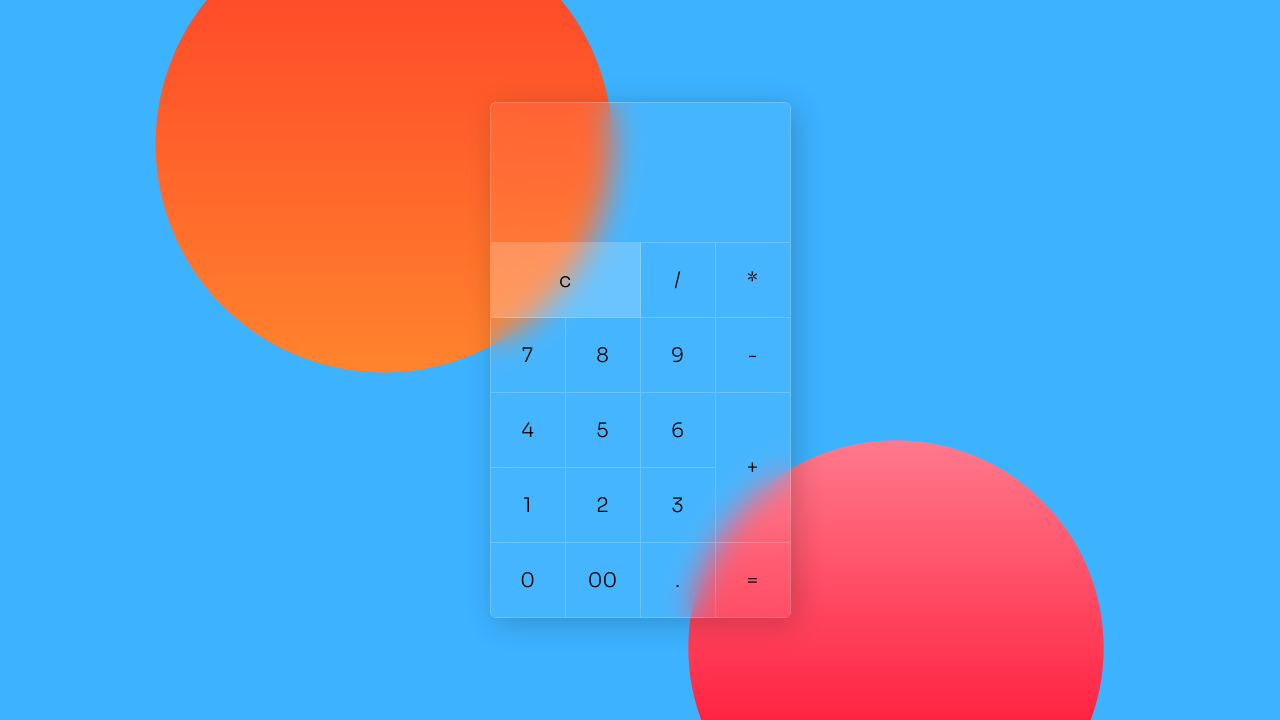
Repository: tharunkumaar404/Glass-Calci
Page: index.html
These files come from the project's save history. The page is drawn as it stood at one moment and after the next save; the edit follows.
The browser window is 1280 px wide. The pictures show the whole page.

Above is the page before, as saved 2021-08-26 15:11:42.

### index.html
<!DOCTYPE html>
<html lang="en">
<head>
    <meta charset="UTF-8">
    <meta http-equiv="X-UA-Compatible" content="IE=edge">
    <meta name="viewport" content="width=device-width, initial-scale=1.0">
    <title>Calculator</title>
    <link rel="stylesheet" href="styles.css">
</head>
<body>
    <div class="container">
        <form class="calculator" name="calc">
            <input type="text" readonly class="value" name="txt"/>
            <span class="num clear" onclick="calc.txt.value = ''">c</span>
            <span class="num" onclick="document.calc.txt.value +='/'">/</span>
            <span class="num" onclick="document.calc.txt.value +='*'">*</span>
            <span class="num" onclick="document.calc.txt.value +='7'">7</span>
            <span class="num" onclick="document.calc.txt.value +='8'">8</span>
            <span class="num" onclick="document.calc.txt.value +='9'">9</span>
            <span class="num" onclick="document.calc.txt.value +='-'">-</span>
            <span class="num" onclick="document.calc.txt.value +='4'">4</span>
            <span class="num " onclick="document.calc.txt.value +='5'">5</span>
            <span class="num" onclick="document.calc.txt.value +='6'">6</span>
            <span class="num plus" onclick="document.calc.txt.value +='+'">+</span>
            <span class="num" onclick="document.calc.txt.value +='1'">1</span>
            <span class="num" onclick="document.calc.txt.value +='2'">2</span>
            <span class="num" onclick="document.calc.txt.value +='3'">3</span>
            <span class="num" onclick="document.calc.txt.value +='0'">0</span>
            <span class="num" onclick="document.calc.txt.value +='00'">00</span>
            <span class="num" onclick="document.calc.txt.value +='.'"">.</span>
            <span class="num equal" onclick="document.calc.txt.value =eval(calc.txt.value)">=</span>
        </form>
    </div>
    <script type="text/javascript" src="vanilla-tilt.js"></script>
    <script type="text/javascript">
    	VanillaTilt.init(document.querySelector(".container"), {
    		max: 15,
    		speed: 400,
            glare: true,
            "max-glare":0.2,
            gyroscope:true,
    	});
    </script>
</body>
</html>

### styles.css
@import url('https://fonts.googleapis.com/css2?family=Sora:wght@300&display=swap');

*{
    margin: 0;
    padding: 0;
    box-sizing: border-box;
    font-family: 'Sora', sans-serif;
}

body{
display:flex;
justify-content: center;
align-items: center;
min-height: 100vh;
background: #3DB2FF;
}

body::before{
    content: '';
    position: absolute;
    top: 0;
    left:0;
    width: 100%;
    height:100%;
    background:linear-gradient(#FF4C29,#FFB830);
    clip-path: circle(22% at 30% 20%);
}
body::after{
    content: '';
    position: absolute;
    top: 0;
    left:0;
    width: 100%;
    height:100%;
    background:linear-gradient(#fff,#FF2442);
    clip-path: circle(20% at 70% 90%);
}

.container{
    position:relative;
    background: rgba(255,255,255,0.05);
    border-radius: 6px;
    overflow: hidden;
    z-index:10;
    backdrop-filter: blur(15px);
    border-top: 1px solid rgba(255,255,255,0.2);
    border-left:1px solid rgba(255,255,255,0.2);
    box-shadow: 5px 5px 30px rgba(0,0,0,0.2);

}

.container .calculator{
    position:relative;
    display:grid;

}

.container .calculator .value{
    grid-column: span 4;
    height: 140px;
    width:300px;
    text-align:right;
    border:none;
    outline:none;
    padding:10px;
    font-size:30px;
    background: transparent;
    color: #000;
    border-bottom: 1px solid rgba(255,255,255,0.2);
    border-right:1px solid rgba(255,255,255,0.2);


}
.container .calculator span {
    display:grid;
    place-items:center;
    height: 75px;
    width:75px;
    color:black;
    cursor:pointer;
    font-weight:400;
    font-size:20px;
    user-select:none;
    border-bottom: 1px solid rgba(255,255,255,0.2);
    border-right:1px solid rgba(255,255,255,0.2);
    transition: 0.5s;


}
.container .calculator span:hover{
    transition: 0s;
    background: rgba(255,255,255,0.2);
}

.container .calculator span:active{
    background: #3DB2FF;
    color: #F7F3E9;
    font-size: 24px;
    font-weight: 500;

}
.container .calculator .clear{
    grid-column: span 2;
    width:150px;
    background: rgba(255,255,255,0.2);
}
.container .calculator .plus{
grid-row: span 2;
height:150px;
}

### vanilla-tilt.js
var VanillaTilt = (function () {
'use strict';

/**
 * Created by Sergiu Șandor (micku7zu) on 1/27/2017.
 * Original idea: https://github.com/gijsroge/tilt.js
 * MIT License.
 * Version 1.7.1
 */

class VanillaTilt {
  constructor(element, settings = {}) {
    if (!(element instanceof Node)) {
      throw ("Can't initialize VanillaTilt because " + element + " is not a Node.");
    }

    this.width = null;
    this.height = null;
    this.clientWidth = null;
    this.clientHeight = null;
    this.left = null;
    this.top = null;

    // for Gyroscope sampling
    this.gammazero = null;
    this.betazero = null;
    this.lastgammazero = null;
    this.lastbetazero = null;

    this.transitionTimeout = null;
    this.updateCall = null;
    this.event = null;

    this.updateBind = this.update.bind(this);
    this.resetBind = this.reset.bind(this);

    this.element = element;
    this.settings = this.extendSettings(settings);

    this.reverse = this.settings.reverse ? -1 : 1;
    this.glare = VanillaTilt.isSettingTrue(this.settings.glare);
    this.glarePrerender = VanillaTilt.isSettingTrue(this.settings["glare-prerender"]);
    this.fullPageListening = VanillaTilt.isSettingTrue(this.settings["full-page-listening"]);
    this.gyroscope = VanillaTilt.isSettingTrue(this.settings.gyroscope);
    this.gyroscopeSamples = this.settings.gyroscopeSamples;

    this.elementListener = this.getElementListener();

    if (this.glare) {
      this.prepareGlare();
    }

    if (this.fullPageListening) {
      this.updateClientSize();
    }

    this.addEventListeners();
    this.updateInitialPosition();
  }

  static isSettingTrue(setting) {
    return setting === "" || setting === true || setting === 1;
  }

  /**
   * Method returns element what will be listen mouse events
   * @return {Node}
   */
  getElementListener() {
    if (this.fullPageListening) {
      return window.document;
    }

    if (typeof this.settings["mouse-event-element"] === "string") {
      const mouseEventElement = document.querySelector(this.settings["mouse-event-element"]);

      if (mouseEventElement) {
        return mouseEventElement;
      }
    }

    if (this.settings["mouse-event-element"] instanceof Node) {
      return this.settings["mouse-event-element"];
    }

    return this.element;
  }

  /**
   * Method set listen methods for this.elementListener
   * @return {Node}
   */
  addEventListeners() {
    this.onMouseEnterBind = this.onMouseEnter.bind(this);
    this.onMouseMoveBind = this.onMouseMove.bind(this);
    this.onMouseLeaveBind = this.onMouseLeave.bind(this);
    this.onWindowResizeBind = this.onWindowResize.bind(this);
    this.onDeviceOrientationBind = this.onDeviceOrientation.bind(this);

    this.elementListener.addEventListener("mouseenter", this.onMouseEnterBind);
    this.elementListener.addEventListener("mouseleave", this.onMouseLeaveBind);
    this.elementListener.addEventListener("mousemove", this.onMouseMoveBind);

    if (this.glare || this.fullPageListening) {
      window.addEventListener("resize", this.onWindowResizeBind);
    }

    if (this.gyroscope) {
      window.addEventListener("deviceorientation", this.onDeviceOrientationBind);
    }
  }

  /**
   * Method remove event listeners from current this.elementListener
   */
  removeEventListeners() {
    this.elementListener.removeEventListener("mouseenter", this.onMouseEnterBind);
    this.elementListener.removeEventListener("mouseleave", this.onMouseLeaveBind);
    this.elementListener.removeEventListener("mousemove", this.onMouseMoveBind);

    if (this.gyroscope) {
      window.removeEventListener("deviceorientation", this.onDeviceOrientationBind);
    }

    if (this.glare || this.fullPageListening) {
      window.removeEventListener("resize", this.onWindowResizeBind);
    }
  }

  destroy() {
    clearTimeout(this.transitionTimeout);
    if (this.updateCall !== null) {
      cancelAnimationFrame(this.updateCall);
    }

    this.reset();

    this.removeEventListeners();
    this.element.vanillaTilt = null;
    delete this.element.vanillaTilt;

    this.element = null;
  }

  onDeviceOrientation(event) {
    if (event.gamma === null || event.beta === null) {
      return;
    }

    this.updateElementPosition();

    if (this.gyroscopeSamples > 0) {
      this.lastgammazero = this.gammazero;
      this.lastbetazero = this.betazero;

      if (this.gammazero === null) {
        this.gammazero = event.gamma;
        this.betazero = event.beta;
      } else {
        this.gammazero = (event.gamma + this.lastgammazero) / 2;
        this.betazero = (event.beta + this.lastbetazero) / 2;
      }

      this.gyroscopeSamples -= 1;
    }

    const totalAngleX = this.settings.gyroscopeMaxAngleX - this.settings.gyroscopeMinAngleX;
    const totalAngleY = this.settings.gyroscopeMaxAngleY - this.settings.gyroscopeMinAngleY;

    const degreesPerPixelX = totalAngleX / this.width;
    const degreesPerPixelY = totalAngleY / this.height;

    const angleX = event.gamma - (this.settings.gyroscopeMinAngleX + this.gammazero);
    const angleY = event.beta - (this.settings.gyroscopeMinAngleY + this.betazero);

    const posX = angleX / degreesPerPixelX;
    const posY = angleY / degreesPerPixelY;

    if (this.updateCall !== null) {
      cancelAnimationFrame(this.updateCall);
    }

    this.event = {
      clientX: posX + this.left,
      clientY: posY + this.top,
    };

    this.updateCall = requestAnimationFrame(this.updateBind);
  }

  onMouseEnter() {
    this.updateElementPosition();
    this.element.style.willChange = "transform";
    this.setTransition();
  }

  onMouseMove(event) {
    if (this.updateCall !== null) {
      cancelAnimationFrame(this.updateCall);
    }

    this.event = event;
    this.updateCall = requestAnimationFrame(this.updateBind);
  }

  onMouseLeave() {
    this.setTransition();

    if (this.settings.reset) {
      requestAnimationFrame(this.resetBind);
    }
  }

  reset() {
    this.event = {
      clientX: this.left + this.width / 2,
      clientY: this.top + this.height / 2
    };

    if (this.element && this.element.style) {
      this.element.style.transform = `perspective(${this.settings.perspective}px) ` +
        `rotateX(0deg) ` +
        `rotateY(0deg) ` +
        `scale3d(1, 1, 1)`;
    }

    this.resetGlare();
  }

  resetGlare() {
    if (this.glare) {
      this.glareElement.style.transform = "rotate(180deg) translate(-50%, -50%)";
      this.glareElement.style.opacity = "0";
    }
  }

  updateInitialPosition() {
    if (this.settings.startX === 0 && this.settings.startY === 0) {
      return;
    }

    this.onMouseEnter();

    if (this.fullPageListening) {
      this.event = {
        clientX: (this.settings.startX + this.settings.max) / (2 * this.settings.max) * this.clientWidth,
        clientY: (this.settings.startY + this.settings.max) / (2 * this.settings.max) * this.clientHeight
      };
    } else {
      this.event = {
        clientX: this.left + ((this.settings.startX + this.settings.max) / (2 * this.settings.max) * this.width),
        clientY: this.top + ((this.settings.startY + this.settings.max) / (2 * this.settings.max) * this.height)
      };
    }


    let backupScale = this.settings.scale;
    this.settings.scale = 1;
    this.update();
    this.settings.scale = backupScale;
    this.resetGlare();
  }

  getValues() {
    let x, y;

    if (this.fullPageListening) {
      x = this.event.clientX / this.clientWidth;
      y = this.event.clientY / this.clientHeight;
    } else {
      x = (this.event.clientX - this.left) / this.width;
      y = (this.event.clientY - this.top) / this.height;
    }

    x = Math.min(Math.max(x, 0), 1);
    y = Math.min(Math.max(y, 0), 1);

    let tiltX = (this.reverse * (this.settings.max - x * this.settings.max * 2)).toFixed(2);
    let tiltY = (this.reverse * (y * this.settings.max * 2 - this.settings.max)).toFixed(2);
    let angle = Math.atan2(this.event.clientX - (this.left + this.width / 2), -(this.event.clientY - (this.top + this.height / 2))) * (180 / Math.PI);

    return {
      tiltX: tiltX,
      tiltY: tiltY,
      percentageX: x * 100,
      percentageY: y * 100,
      angle: angle
    };
  }

  updateElementPosition() {
    let rect = this.element.getBoundingClientRect();

    this.width = this.element.offsetWidth;
    this.height = this.element.offsetHeight;
    this.left = rect.left;
    this.top = rect.top;
  }

  update() {
    let values = this.getValues();

    this.element.style.transform = "perspective(" + this.settings.perspective + "px) " +
      "rotateX(" + (this.settings.axis === "x" ? 0 : values.tiltY) + "deg) " +
      "rotateY(" + (this.settings.axis === "y" ? 0 : values.tiltX) + "deg) " +
      "scale3d(" + this.settings.scale + ", " + this.settings.scale + ", " + this.settings.scale + ")";

    if (this.glare) {
      this.glareElement.style.transform = `rotate(${values.angle}deg) translate(-50%, -50%)`;
      this.glareElement.style.opacity = `${values.percentageY * this.settings["max-glare"] / 100}`;
    }

    this.element.dispatchEvent(new CustomEvent("tiltChange", {
      "detail": values
    }));

    this.updateCall = null;
  }

  /**
   * Appends the glare element (if glarePrerender equals false)
   * and sets the default style
   */
  prepareGlare() {
    // If option pre-render is enabled we assume all html/css is present for an optimal glare effect.
    if (!this.glarePrerender) {
      // Create glare element
      const jsTiltGlare = document.createElement("div");
      jsTiltGlare.classList.add("js-tilt-glare");

      const jsTiltGlareInner = document.createElement("div");
      jsTiltGlareInner.classList.add("js-tilt-glare-inner");

      jsTiltGlare.appendChild(jsTiltGlareInner);
      this.element.appendChild(jsTiltGlare);
    }

    this.glareElementWrapper = this.element.querySelector(".js-tilt-glare");
    this.glareElement = this.element.querySelector(".js-tilt-glare-inner");

    if (this.glarePrerender) {
      return;
    }

    Object.assign(this.glareElementWrapper.style, {
      "position": "absolute",
      "top": "0",
      "left": "0",
      "width": "100%",
      "height": "100%",
      "overflow": "hidden",
      "pointer-events": "none"
    });

    Object.assign(this.glareElement.style, {
      "position": "absolute",
      "top": "50%",
      "left": "50%",
      "pointer-events": "none",
      "background-image": `linear-gradient(0deg, rgba(255,255,255,0) 0%, rgba(255,255,255,1) 100%)`,
      "width": `${this.element.offsetWidth * 2}px`,
      "height": `${this.element.offsetWidth * 2}px`,
      "transform": "rotate(180deg) translate(-50%, -50%)",
      "transform-origin": "0% 0%",
      "opacity": "0",
    });
  }

  updateGlareSize() {
    if (this.glare) {
      Object.assign(this.glareElement.style, {
        "width": `${this.element.offsetWidth * 2}`,
        "height": `${this.element.offsetWidth * 2}`,
      });
    }
  }

  updateClientSize() {
    this.clientWidth = window.innerWidth
      || document.documentElement.clientWidth
      || document.body.clientWidth;

    this.clientHeight = window.innerHeight
      || document.documentElement.clientHeight
      || document.body.clientHeight;
  }

  onWindowResize() {
    this.updateGlareSize();
    this.updateClientSize();
  }

  setTransition() {
    clearTimeout(this.transitionTimeout);
    this.element.style.transition = this.settings.speed + "ms " + this.settings.easing;
    if (this.glare) this.glareElement.style.transition = `opacity ${this.settings.speed}ms ${this.settings.easing}`;

    this.transitionTimeout = setTimeout(() => {
      this.element.style.transition = "";
      if (this.glare) {
        this.glareElement.style.transition = "";
      }
    }, this.settings.speed);

  }

  /**
   * Method return patched settings of instance
   * @param {boolean} settings.reverse - reverse the tilt direction
   * @param {number} settings.max - max tilt rotation (degrees)
   * @param {startX} settings.startX - the starting tilt on the X axis, in degrees. Default: 0
   * @param {startY} settings.startY - the starting tilt on the Y axis, in degrees. Default: 0
   * @param {number} settings.perspective - Transform perspective, the lower the more extreme the tilt gets
   * @param {string} settings.easing - Easing on enter/exit
   * @param {number} settings.scale - 2 = 200%, 1.5 = 150%, etc..
   * @param {number} settings.speed - Speed of the enter/exit transition
   * @param {boolean} settings.transition - Set a transition on enter/exit
   * @param {string|null} settings.axis - What axis should be disabled. Can be X or Y
   * @param {boolean} settings.glare - What axis should be disabled. Can be X or Y
   * @param {number} settings.max-glare - the maximum "glare" opacity (1 = 100%, 0.5 = 50%)
   * @param {boolean} settings.glare-prerender - false = VanillaTilt creates the glare elements for you, otherwise
   * @param {boolean} settings.full-page-listening - If true, parallax effect will listen to mouse move events on the whole document, not only the selected element
   * @param {string|object} settings.mouse-event-element - String selector or link to HTML-element what will be listen mouse events
   * @param {boolean} settings.reset - false = If the tilt effect has to be reset on exit
   * @param {gyroscope} settings.gyroscope - Enable tilting by deviceorientation events
   * @param {gyroscopeSensitivity} settings.gyroscopeSensitivity - Between 0 and 1 - The angle at which max tilt position is reached. 1 = 90deg, 0.5 = 45deg, etc..
   * @param {gyroscopeSamples} settings.gyroscopeSamples - How many gyroscope moves to decide the starting position.
   */
  extendSettings(settings) {
    let defaultSettings = {
      reverse: false,
      max: 15,
      startX: 0,
      startY: 0,
      perspective: 1000,
      easing: "cubic-bezier(.03,.98,.52,.99)",
      scale: 1,
      speed: 300,
      transition: true,
      axis: null,
      glare: false,
      "max-glare": 1,
      "glare-prerender": false,
      "full-page-listening": false,
      "mouse-event-element": null,
      reset: true,
      gyroscope: true,
      gyroscopeMinAngleX: -45,
      gyroscopeMaxAngleX: 45,
      gyroscopeMinAngleY: -45,
      gyroscopeMaxAngleY: 45,
      gyroscopeSamples: 10
    };

    let newSettings = {};
    for (var property in defaultSettings) {
      if (property in settings) {
        newSettings[property] = settings[property];
      } else if (this.element.hasAttribute("data-tilt-" + property)) {
        let attribute = this.element.getAttribute("data-tilt-" + property);
        try {
          newSettings[property] = JSON.parse(attribute);
        } catch (e) {
          newSettings[property] = attribute;
        }

      } else {
        newSettings[property] = defaultSettings[property];
      }
    }

    return newSettings;
  }

  static init(elements, settings) {
    if (elements instanceof Node) {
      elements = [elements];
    }

    if (elements instanceof NodeList) {
      elements = [].slice.call(elements);
    }

    if (!(elements instanceof Array)) {
      return;
    }

    elements.forEach((element) => {
      if (!("vanillaTilt" in element)) {
        element.vanillaTilt = new VanillaTilt(element, settings);
      }
    });
  }
}

if (typeof document !== "undefined") {
  /* expose the class to window */
  window.VanillaTilt = VanillaTilt;

  /**
   * Auto load
   */
  VanillaTilt.init(document.querySelectorAll("[data-tilt]"));
}

return VanillaTilt;

}());

After the next save:
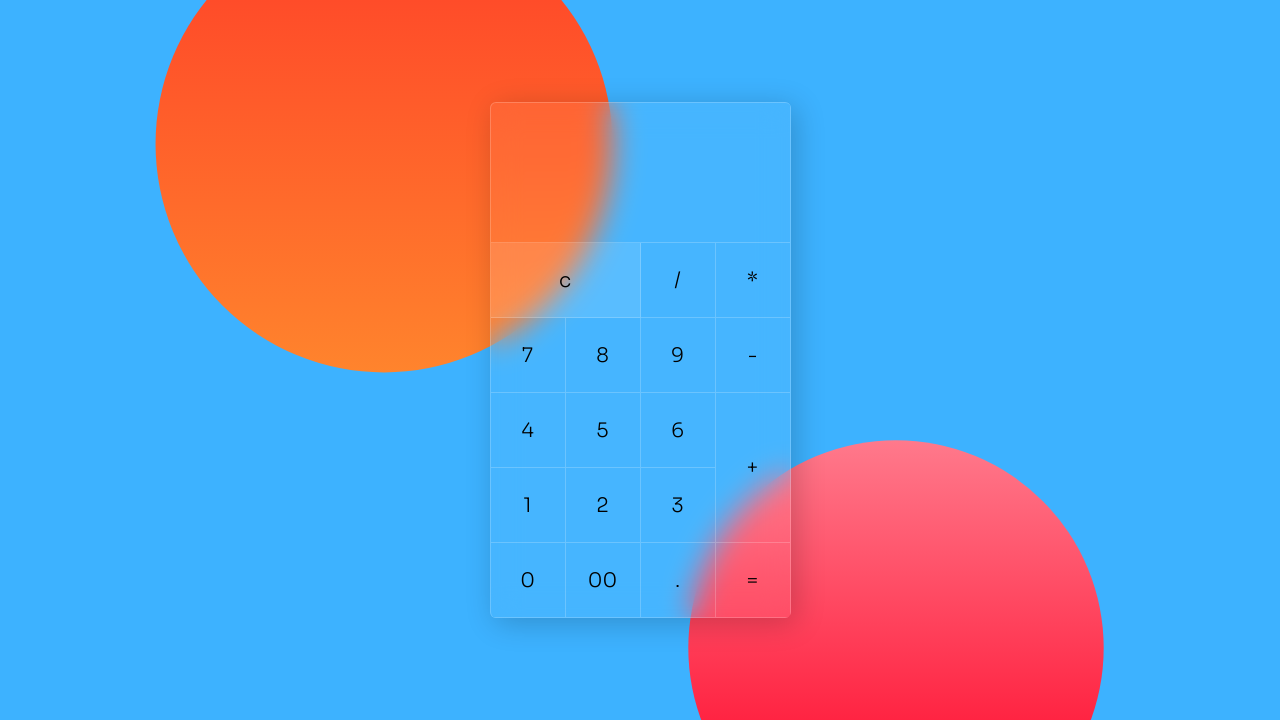
Saved 42 s later.
--- a/styles.css
+++ b/styles.css
@@ -102,7 +102,7 @@ body::after{
 .container .calculator .clear{
     grid-column: span 2;
     width:150px;
-    background: rgba(255,255,255,0.2);
+    background: rgba(255,255,255,0.1);
 }
 .container .calculator .plus{
 grid-row: span 2;
